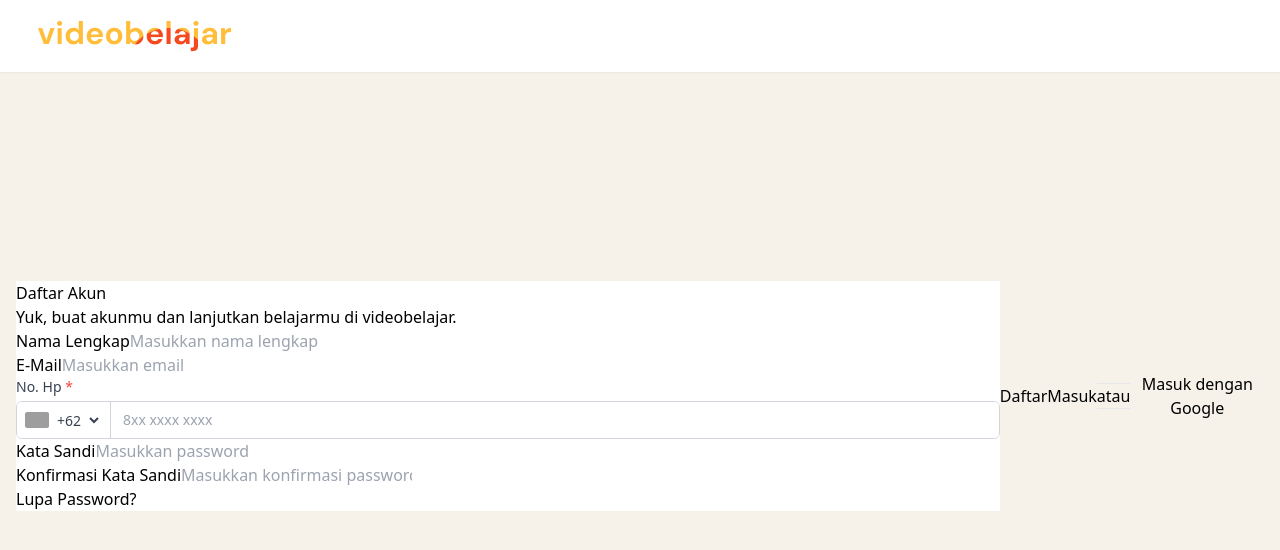
Repository: dimascahyanugraha/Course-Mission-4
Page: /signup
These files come from the project's save history. The page is drawn as it stood at one moment and after the next save; the edit follows.
The browser window is 1280 px wide. The pictures show the whole page.
Pictures or frames that could not be fetched are drawn as grey boxes. The project was rebuilt for these pictures with package versions that can differ from the ones it lists, and the page was loaded fresh each time. Also part of the build but not shown: vite.config.js, src/components/LoginPage.jsx.

Above is the page before, as saved 2026-05-29 10:47:15.

### index.html
<!doctype html>
<html lang="en">
  <head>
    <meta charset="UTF-8" />
    <link rel="icon" type="image/svg+xml" href="/favicon.svg" />
    <meta name="viewport" content="width=device-width, initial-scale=1.0" />
    <title>video-belajar</title>
  </head>
  <body>
    <div id="root"></div>
    <script type="module" src="/src/main.jsx"></script>
  </body>
</html>

### src/index.css
@tailwind base;
@tailwind components;
@tailwind utilities;

/* optional reset */
body {
  font-family: system-ui, sans-serif;
}

### src/App.jsx
import { BrowserRouter, Routes, Route, Navigate } from "react-router-dom"; // ← tambah Navigate
import LoginPage from "./components/LoginPage";
import Signup from "./components/Signup";

export default function App() {
  return (
    <BrowserRouter>
      <Routes>
        <Route path="/" element={<Navigate to="/login" />} />{" "}
        {/* ← tambah ini */}
        <Route path="/login" element={<LoginPage />} />
        <Route path="/signup" element={<Signup />} />
      </Routes>
    </BrowserRouter>
  );
}

### src/components/Signup.jsx
import logoVideoBelajar from "../assets/logo_video_belajar.png";
import indonesia from "../assets/indonesia.png";

export default function Signup() {
  return (
    <div className="min-h-screen bg-[#f6f2e9] flex flex-col">
      <header className="bg-white py-2 px-4 shadow-sm">
        <img src={logoVideoBelajar} alt="logo" />
      </header>

      <main className="flex flex-auto justify-center items-center px-4">
        <div className="bg-white w-full">
          <h2>Daftar Akun</h2>
          <p>Yuk, buat akunmu dan lanjutkan belajarmu di videobelajar.</p>
          <form>
            <div>
              <label>Nama Lengkap</label>
              <input type="text" placeholder="Masukkan nama lengkap" />
            </div>
            <div>
              <label>E-Mail</label>
              <input type="email" placeholder="Masukkan email" />
            </div>
            {/* NO. HP */}
            <div>
              <label className="block text-sm font-medium text-gray-700">
                No. Hp <span className="text-red-500">*</span>
              </label>
              <div className="mt-1 flex rounded-md border border-gray-300 overflow-hidden focus-within:ring-2 focus-within:ring-green-500">
                <div className="flex items-center gap-1 px-2 bg-white border-r border-gray-300">
                  <img
                    src={indonesia}
                    alt="flag ID"
                    className="w-6 h-4 rounded-sm object-cover"
                  />
                  <select className="text-sm text-gray-700 focus:outline-none bg-transparent cursor-pointer pr-1">
                    <option value="+62">+62</option>
                    <option value="+18">+18</option>
                  </select>
                </div>
                <input
                  type="tel"
                  placeholder="8xx xxxx xxxx"
                  className="flex-1 px-3 py-2 text-sm text-gray-700 focus:outline-none"
                />
              </div>
            </div>{" "}
            {/* ← div No.Hp ditutup di sini */}
            <div>
              <label>Kata Sandi</label>
              <input type="password" placeholder="Masukkan password" />
            </div>
            <div>
              <label>Konfirmasi Kata Sandi</label>
              <input
                type="password"
                placeholder="Masukkan konfirmasi password"
              />
            </div>
            <div>
              <a href="#">Lupa Password?</a>
            </div>
          </form>{" "}
          {/* ← form ditutup setelah semua input */}
        </div>
        <button>Daftar</button>
        <button>Masuk</button>
        <div>
          <hr className="flex-1 border-gray-200" />
          atau
          <hr className="flex-1 border-gray-200" />
        </div>
        {/* GOOGLE SIGN IN */}
        <button>Masuk dengan Google</button>
      </main>
    </div>
  );
}

### tailwind.config.js
/** @type {import('tailwindcss').Config} */
export default {
  content: ["./indexedDB.html", "./src/**/*.{js,ts,jsx,tsx}"],
  theme: {
    extend: {},
  },
  plugins: [],
};

Loaded but not shown: src/main.jsx (common file)

After the next save:
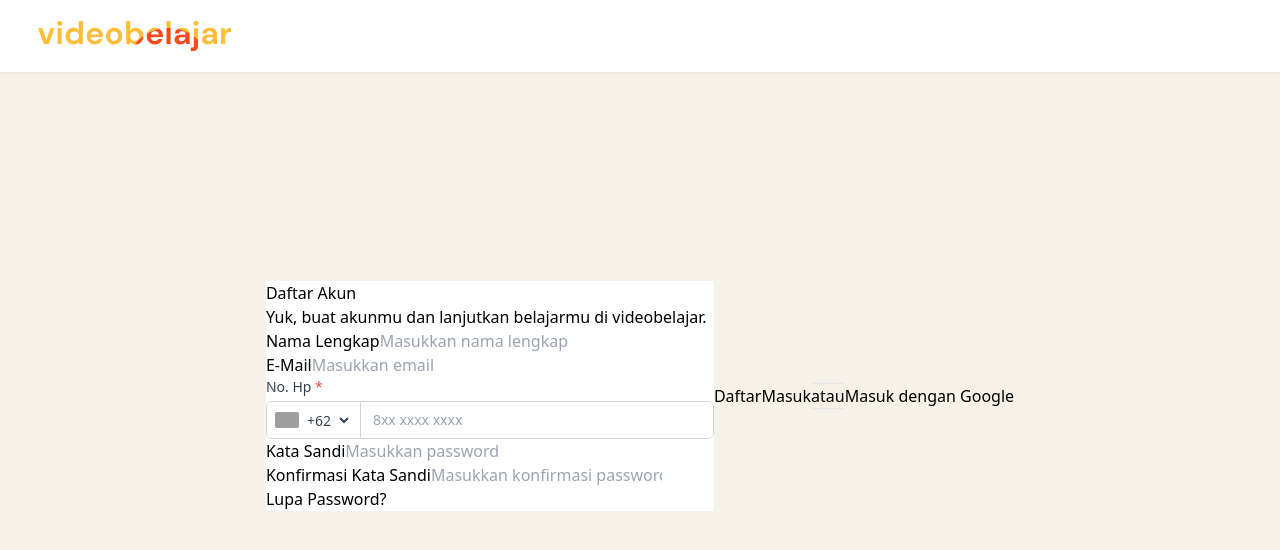
Saved 12 s later.
--- a/src/components/Signup.jsx
+++ b/src/components/Signup.jsx
@@ -9,7 +9,7 @@ export default function Signup() {
       </header>
 
       <main className="flex flex-auto justify-center items-center px-4">
-        <div className="bg-white w-full">
+        <div className="bg-white w-full max-w-md">
           <h2>Daftar Akun</h2>
           <p>Yuk, buat akunmu dan lanjutkan belajarmu di videobelajar.</p>
           <form>
